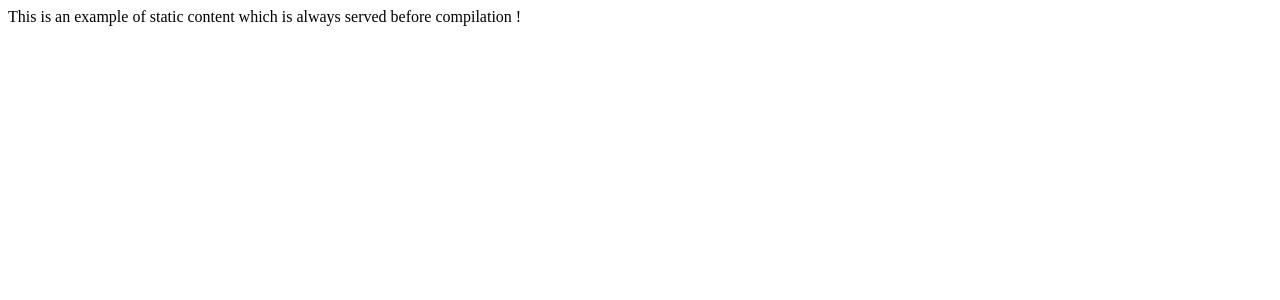
Repository: supadhyaya/JSP
Page: http://localhost/Deployment/includerExample.jsp
These files come from the project's save history. The page is drawn as it stood at one moment and after the next save; the edit follows.
The browser window is 1280 px wide. The pictures show the whole page.
The page is served by Tomcat 9. Other server files are loaded and not shown.

Above is the page before, as saved 2014-11-25 15:42:40.

### Deployment/WebContent/includerExample.jsp
<%@ page language="java" contentType="text/html; charset=UTF-8"
    pageEncoding="UTF-8"%>
<!DOCTYPE html PUBLIC "-//W3C//DTD HTML 4.01 Transitional//EN" "http://www.w3.org/TR/html4/loose.dtd">
<html>
<head>
<meta http-equiv="Content-Type" content="text/html; charset=UTF-8">
<title>Insert title here</title>
</head>
<body>


<%@ include file ="staticContent.txt" %>

<br>




</body>
</html>

### Deployment/WebContent/staticContent.txt


This is an example of static content which is always served before compilation !

### Deployment/WebContent/dynamicContent.txt


This is a dynamic content file fetched after compiling it

After the next save:
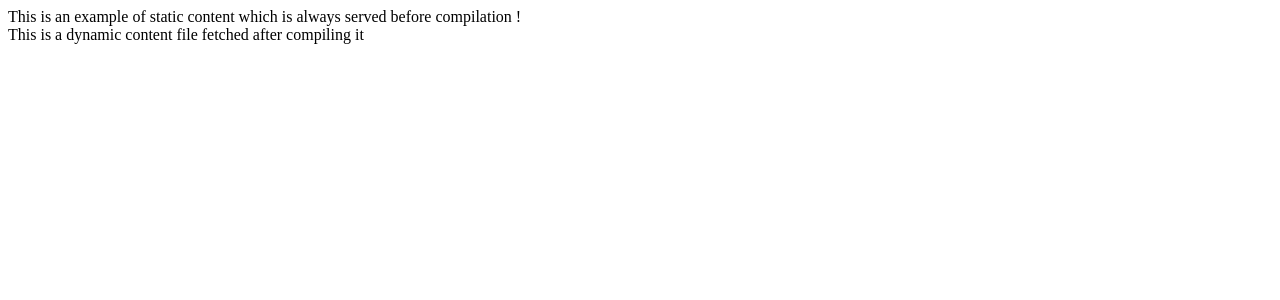
Saved 27 s later.
--- a/Deployment/WebContent/includerExample.jsp
+++ b/Deployment/WebContent/includerExample.jsp
@@ -13,6 +13,7 @@
 
 <br>
 
+<jsp:include page="dynamicContent.txt"></jsp:include>
 
 
 
